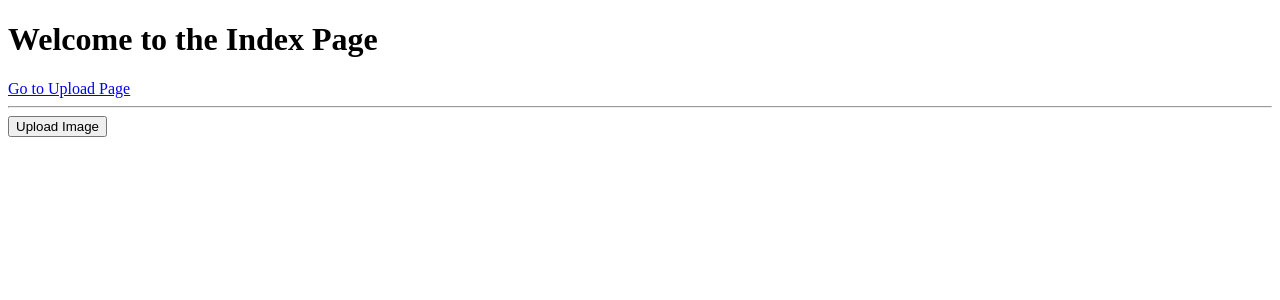
Repository: Rida702/ServerTesting
Page: http://localhost/
The author's editor kept a copy of each file at every save. The page is drawn from the files as they stood at one save, then again after a run of saves.
The browser window is 1280 px wide. The pictures show the whole page.
The page is served by the project's application, run on Django 5.2 (manage.py).

Above is the page before, as saved 2023-12-31 23:35:58.

After the next 2 saves:
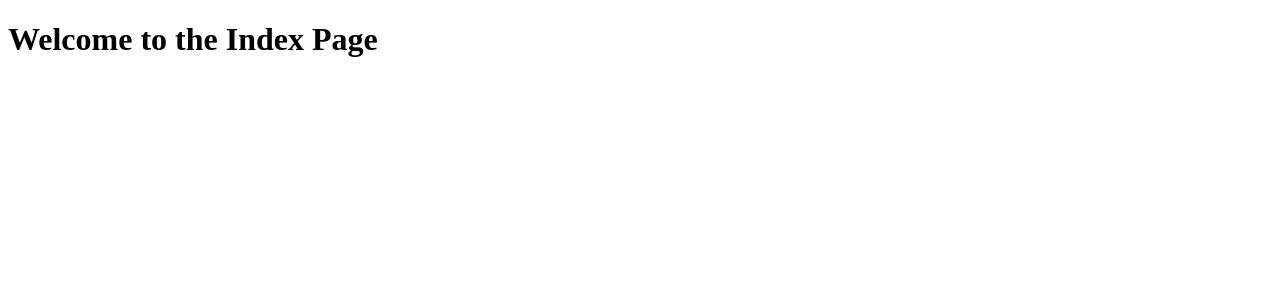
The 2 saves are shown as one change because 1 did not build or start.
The last was saved 2 min 45 s later.
--- a/backend/templates/index.html
+++ b/backend/templates/index.html
@@ -1,23 +1,14 @@
-<!-- upload_index.html -->
+<!-- your_app_name/templates/index.html -->
 <!DOCTYPE html>
 <html lang="en">
 <head>
     <meta charset="UTF-8">
     <meta name="viewport" content="width=device-width, initial-scale=1.0">
-    <title>Upload and Index Page</title>
+    <title>Index Page</title>
 </head>
 <body>
+    <h1>Welcome to the Index Page</h1>
 
-    <h1>Welcome to the Index Page</h1>
-    <a href="{% url 'upload_image' %}">Go to Upload Page</a>
-
-    <hr>
-
-    <form method="post" enctype="multipart/form-data">
-        {% csrf_token %}
-        {{ form }}
-        <button type="submit">Upload Image</button>
-    </form>
 
 </body>
 </html>
